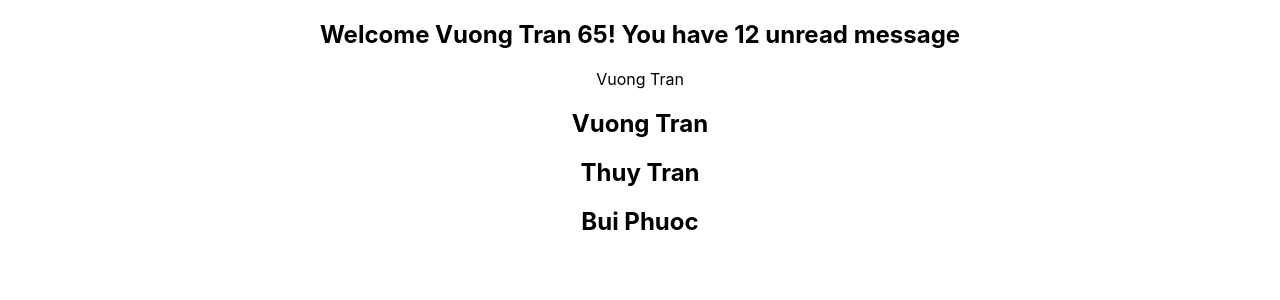
Repository: vuongtm1999/ALTA-exercise-1
Page: /
The author's editor kept a copy of each file at every save. The page is drawn from the files as they stood at one save, then again after the next save.
The browser window is 1280 px wide. The pictures show the whole page.
The project was rebuilt for these pictures with package versions that can differ from the ones it lists, and the page was loaded fresh each time.

Above is the page before, as saved 2022-10-24 16:49:07.

After the next save:
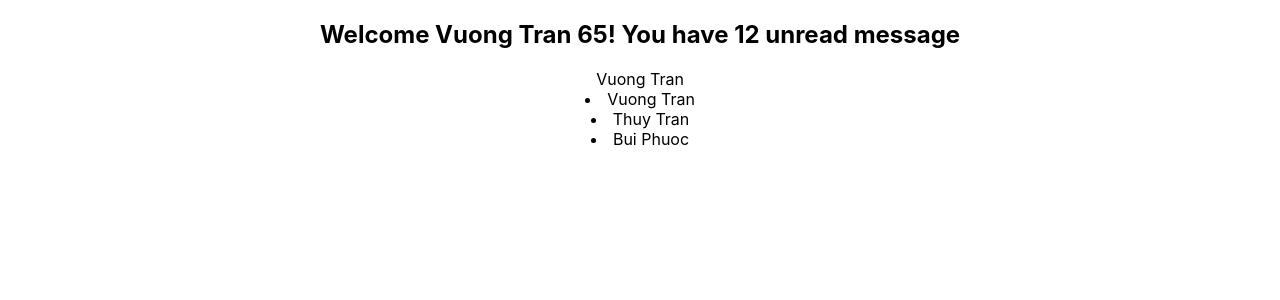
Saved 12 s later.
--- a/src/components/PersonList.tsx
+++ b/src/components/PersonList.tsx
@@ -8,7 +8,7 @@ type PersonListProps = {
 export const PersonList = (props: PersonListProps) => {
     return (
         <div>
-            {props.names.map(name => <h2>{name.firstName} {name.lastName}</h2>)}
+            {props.names.map(name => <li>{name.firstName} {name.lastName}</li>)}
         </div>
      );
 }
